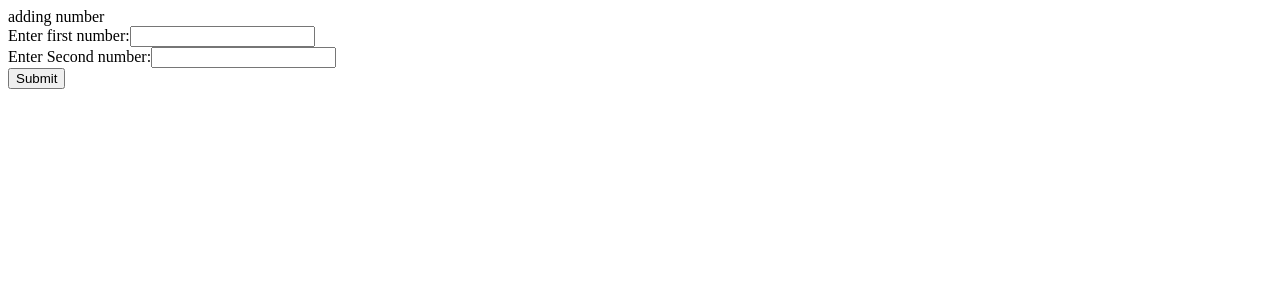
Repository: sandipgole/Myservlet
Page: HelloWorldAgain/WebContent/index.html
The author's editor kept a copy of each file at every save. The page is drawn from the files as they stood at one save, then again after the next save.
The browser window is 1280 px wide. The pictures show the whole page.

Above is the page before, as saved 2019-06-24 16:30:26.

After the next save:
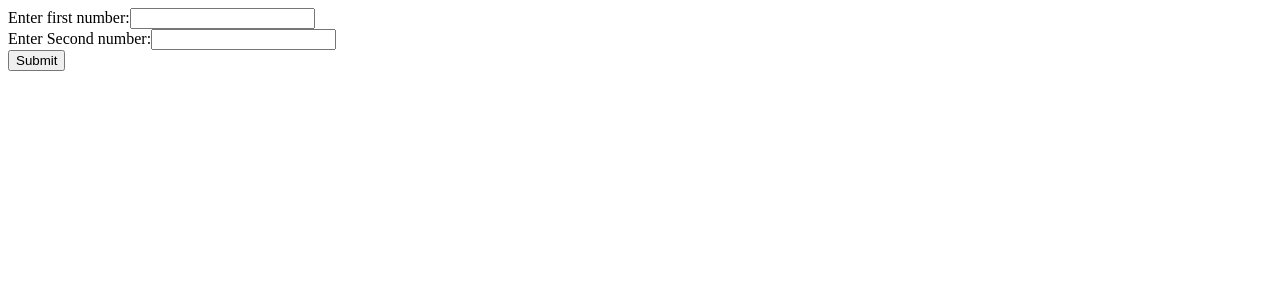
Saved 2 min 49 s later.
--- a/HelloWorldAgain/WebContent/index.html
+++ b/HelloWorldAgain/WebContent/index.html
@@ -1,7 +1,7 @@
 <!DOCTYPE html>
 <html>
 <head>
-adding number
+<title>adding number</title>
 
 </head>
 <body>
